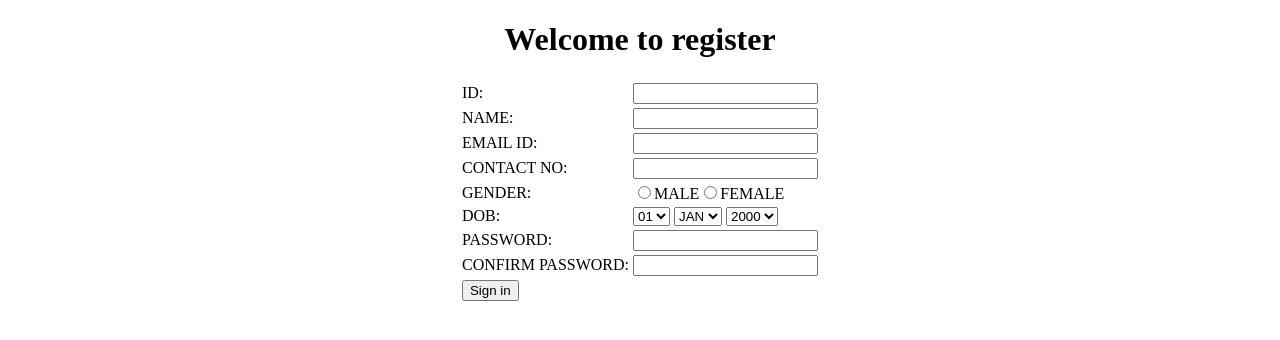
Repository: duttasoumo/Java-Codes
Page: http://localhost/Test1/register.jsp
An editor plug-in stored every save of this project. The page is shown before and after the next save, followed by the edit.
The browser window is 1280 px wide. The pictures show the whole page.
The page is served by Tomcat 9.

Above is the page before, as saved 2017-01-04 19:55:57.

After the next save:
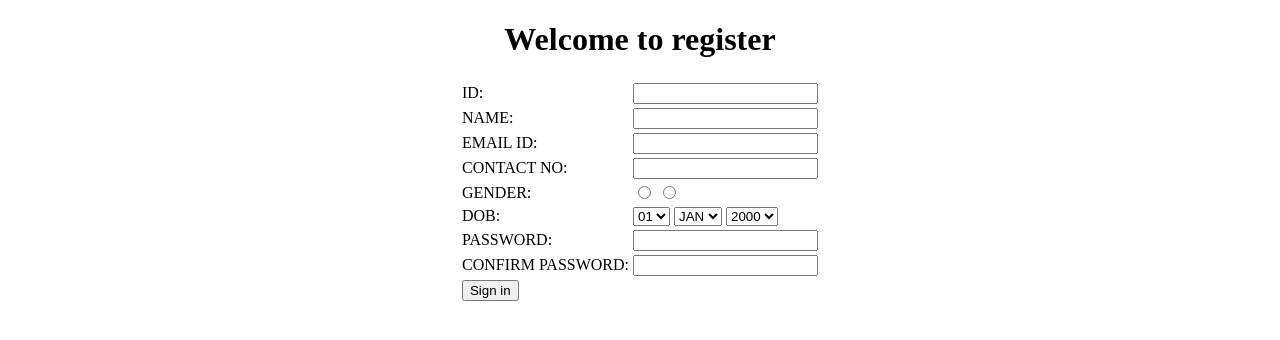
Saved 14 min 53 s later.
--- a/CloudC_JEE/Test1/WebContent/register.jsp
+++ b/CloudC_JEE/Test1/WebContent/register.jsp
@@ -1,5 +1,5 @@
 <%@ page language="java" contentType="text/html; charset=ISO-8859-1"
-    pageEncoding="ISO-8859-1"%>
+	pageEncoding="ISO-8859-1"%>
 <!DOCTYPE html PUBLIC "-//W3C//DTD HTML 4.01 Transitional//EN" "http://www.w3.org/TR/html4/loose.dtd">
 <html>
 <head>
@@ -28,8 +28,8 @@
 			</tr>
 			<tr>
 				<td>GENDER:</td>
-				<td><input type="radio" name="gender" value="male" />MALE<input
-					type="radio" name="gender" value="female" />FEMALE</td>
+				<td><input type="radio" name="gender" value="male" />
+				     <input type="radio" name="gender" value="female" /></td>
 			</tr>
 			<tr>
 				<td>DOB:</td>
@@ -46,11 +46,11 @@
 			</tr>
 			<tr>
 				<td>PASSWORD:</td>
-				<td><input type="password" name="password" /></td>
+				<td><input type="password" name="pwd" /></td>
 			</tr>
 			<tr>
 				<td>CONFIRM PASSWORD:</td>
-				<td><input type="password" name="cnpassword" /></td>
+				<td><input type="password" name="cpwd" /></td>
 			</tr>
 			<tr>
 				<td><input type="submit" value="Sign in" /></td>
